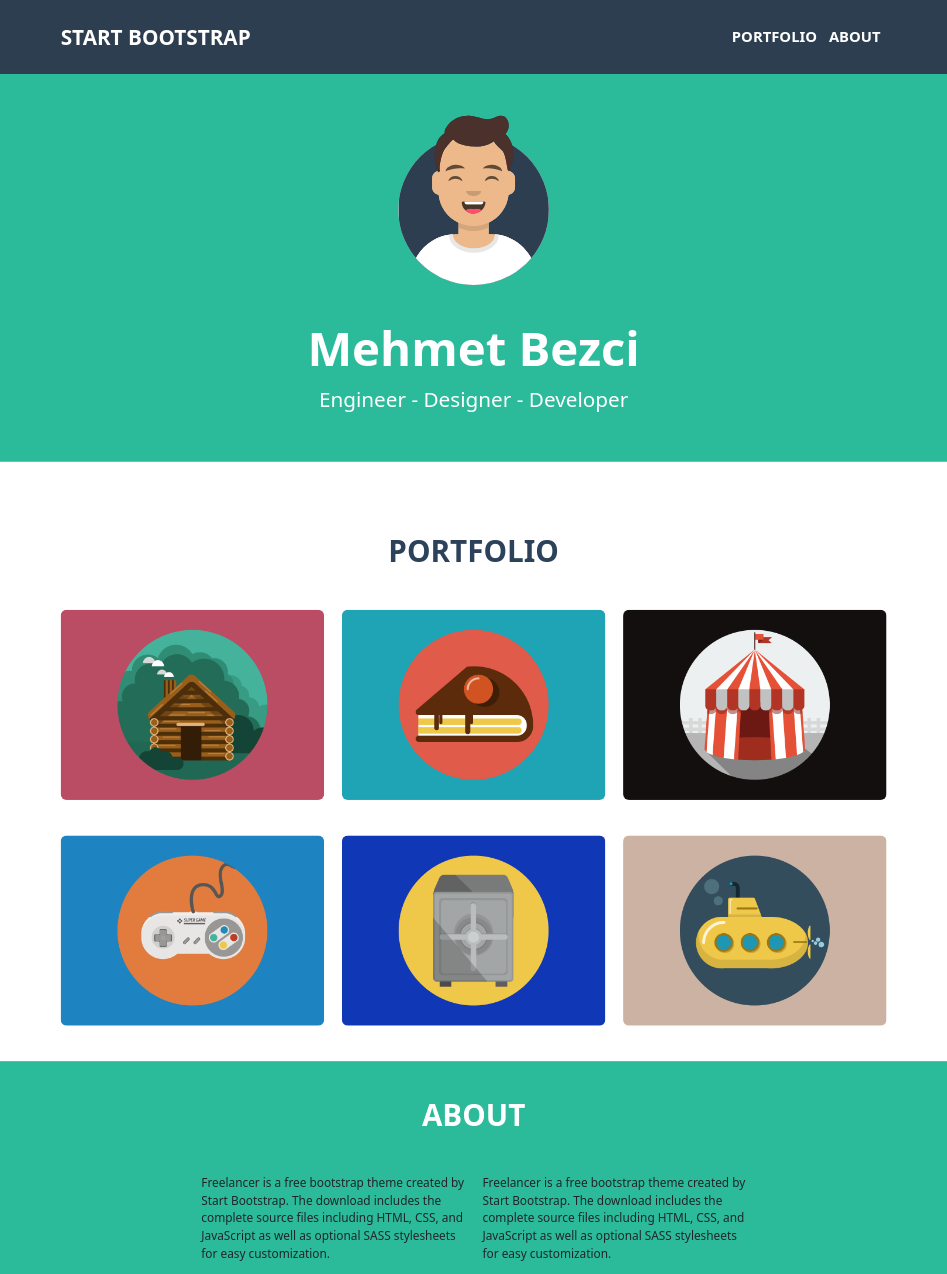
Repository: 7JaxeN7/WT-1255P-Mehmet_BEZC-
Page: index.html
These files come from the project's save history. The page is drawn as it stood at one moment and after the next save; the edit follows.
The browser window is 1280 px wide. The pictures show the whole page, at 74% of full size.

Above is the page before, as saved 2025-01-06 21:58:04.

After the next save:
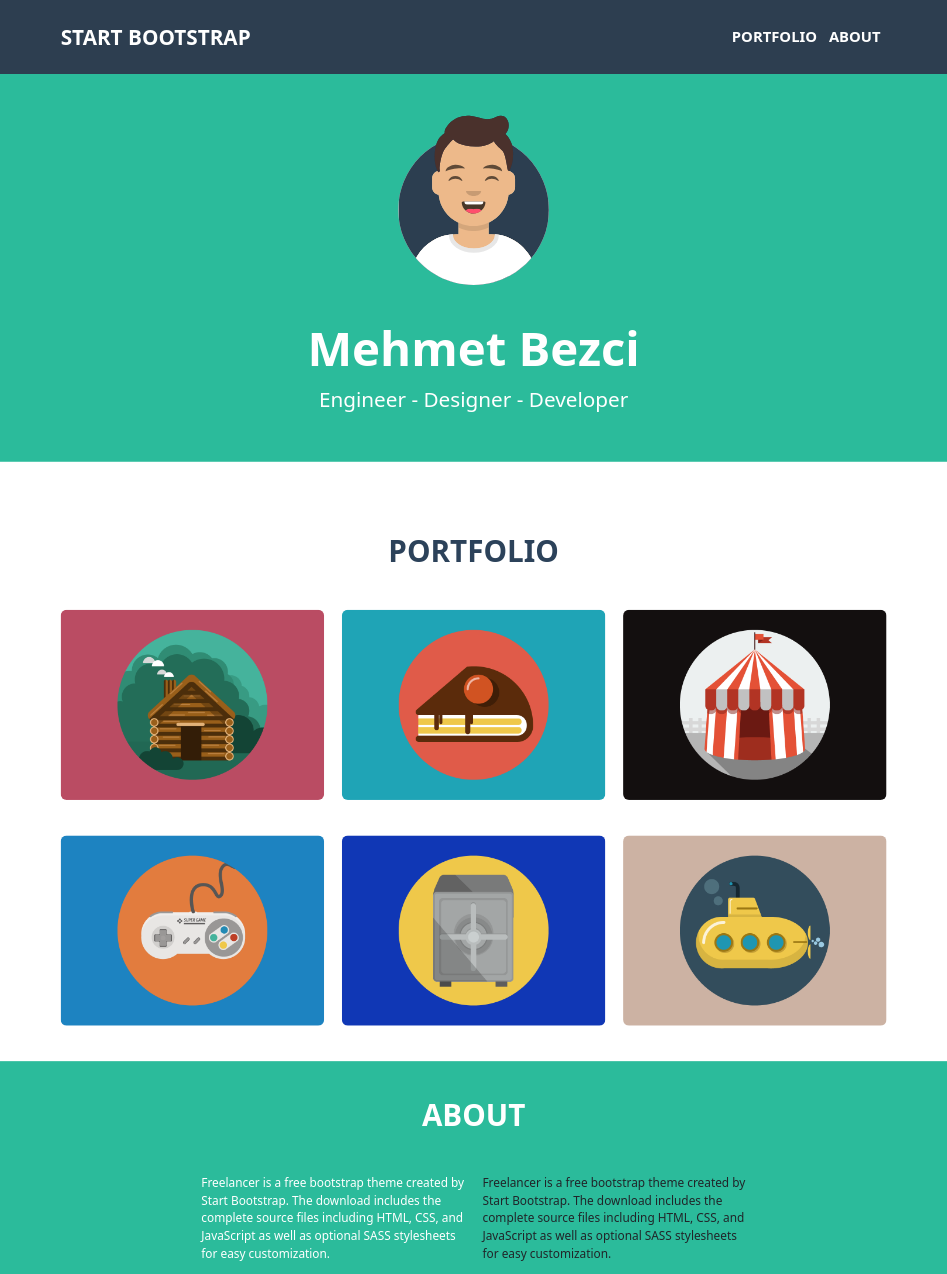
Saved 84 s later.
--- a/index.html
+++ b/index.html
@@ -72,7 +72,7 @@
     <div class="container">
       <h2 class="about-tittle fs-1 fw-semibold text-center pt-5 pb-5"> ABOUT</h2>
       <div class="row justify-content-center">
-        <div class="col-lg-4">
+        <div class="col-lg-4 fs 1.5rem text-white">
           <p>
             Freelancer is a free bootstrap theme created by Start Bootstrap. The download includes the complete source
             files including HTML, CSS, and JavaScript as well as optional SASS stylesheets for easy customization.
